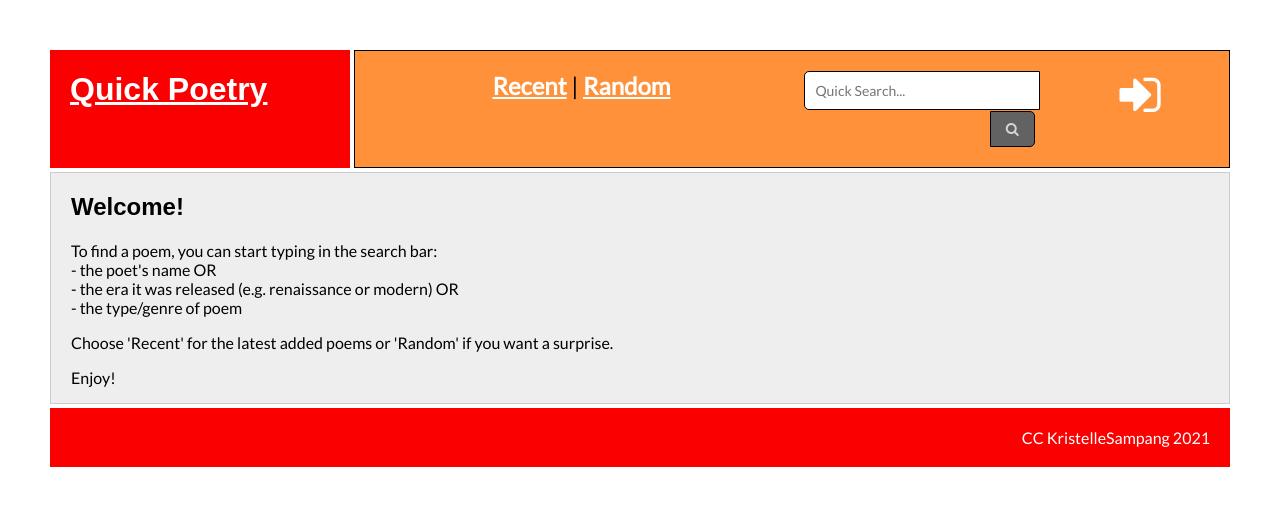
Repository: sampangk71280/Poetry_DB
Page: http://localhost/index.php?page=home
An editor plug-in stored every save of this project. The page is shown before and after the next save, followed by the edit.
The browser window is 1280 px wide. The pictures show the whole page.
Some web fonts or font styles are not loaded; a fallback is used. The page is run by PHP 8.4 with error messages shown; the project is at /var/www/html/.

Above is the page before, as saved 2021-12-07 00:50:55.

### index.php
<!DOCTYPE HTML>

<?php

session_start();
include("config.php");
include("functions.php");

// connect to database
$dbconnect=mysqli_connect(DB_HOST,DB_USERNAME,DB_PASSWORD, DB_NAME);

if(mysqli_connect_errno()){
    echo "Connection failed:".mysqli_connect_error();
    exit;
}

?>


<html lang="en">

<?php include("content/head.php"); ?>

<body>

    <div class="wrapper">

            <?php include("content/heading_navigation.php") ?>

        <div class="box main">

                <?php

                if(!isset($_REQUEST['page'])) {
                    include("content/home.php");
                } // end of if includes home page

                else {
                    // prevents users from navigating through file system
                    $page=preg_replace('/[^0-9a-zA-Z]-/', '', $_REQUEST['page']);
                    include("content/$page.php");

                } // end of else that includes requested content

                ?>

        </div>    <!-- / main -->

        <?php include("content/footer.php"); ?>

    </div>  <!-- / wrapper  -->

</body>

### config.php
<?php

ini_set('display_errors', 'On');  // change to 'Off' when live

define ("DB_NAME","sampangk71280_L3_Poetry");
define ("DB_USERNAME","_sampangk71280");
define ("DB_PASSWORD","QANbMDYSVME7gpyR");
define ("DB_HOST","localhost");

?>

### functions.php
<?php

// function to 'clean' data
function test_input($data) {
	$data = trim($data);
	$data = htmlspecialchars($data); //  needed for correct special character rendering
	return $data;
}


// entity is subject, country, occupation etc
function autocomplete_list($dbconnect, $item_sql, $entity)
{
// Get entity / topic list from database
$all_items_query = mysqli_query($dbconnect, $item_sql);
$all_items_rs = mysqli_fetch_assoc($all_items_query);

// Make item arrays for autocomplete functionality...
while($row=mysqli_fetch_array($all_items_query))
{
  $item=$row[$entity];
  $items[] = $item;
}

$all_items=json_encode($items);
return $all_items;

}


// function to get subject, country & career ID's
function get_ID($dbconnect, $table_name, $column_ID, $column_name, $entity)
{

    if($entity=="")
    {
        return 0;
    }


    // get entity ID if it exists
    $findid_sql = "SELECT * FROM $table_name WHERE $column_name LIKE '$entity'";
    $findid_query = mysqli_query($dbconnect, $findid_sql);
    $findid_rs = mysqli_fetch_assoc($findid_query);
    $findid_count=mysqli_num_rows($findid_query);

    // If subject ID does exists, return it...
    if($findid_count > 0) {
        $find_ID = $findid_rs[$column_ID];
        return $find_ID;
    }   // end if (entity existed, ID returned)


    else {
        $add_entity_sql = "INSERT INTO $table_name ($column_ID, $column_name) VALUES (NULL, '$entity');";
        $add_entity_query = mysqli_query($dbconnect, $add_entity_sql);

    $new_id_sql = "SELECT * FROM $table_name WHERE $column_name LIKE '$entity'";
    $new_id_query = mysqli_query($dbconnect, $new_id_sql);
    $new_id_rs = mysqli_fetch_assoc($new_id_query);

    $new_id = $new_id_rs[$column_ID];

    return $new_id;

    }   // end else (entity added to table and ID returned)

} // end get ID function


function get_rs($dbconnect, $sql)
{
    $find_sql = $sql;
    $find_query = mysqli_query($dbconnect, $find_sql);
    $find_rs = mysqli_fetch_assoc($find_query);

    return $find_rs;
}


function country_job($dbconnect, $entity_1, $entity_2, $label_sg, $label_pl, $table, $entity_ID, $entity_name)
{

    $all_entities = array($entity_1, $entity_2);
    // loop through items and look up their values...

    // Counts # of countries that without ID zero...
    $num_entities = count(array_filter($all_entities));


    if ($num_entities == 1)
    {
    echo "<b>".$label_sg."</b>: ";
    }

    else { echo "<b>".$label_pl."</b>: ";}

    foreach ($all_entities as $entity) {

    $entity_sql = "SELECT * FROM $table WHERE $entity_ID = $entity";
    $entity_query = mysqli_query($dbconnect, $entity_sql);
    $entity_rs = mysqli_fetch_assoc($entity_query);

    if ($entity != 0) {

    ?>


    <span class="author_entity tag"><?php echo $entity_rs[$entity_name]; ?> </span> &nbsp;

    <?php

    } // end entity if

    // break reference with the last element as per the manual
    unset($entity);

    }

}

?>

### content/head.php
<head>
    <meta charset="UTF-8">
    <meta name="description" content="Site featuring poetry from famous authors">
    <meta name="keywords" content="quotes, famous, author, writer, sportsman,
    political activist, sayings, poetry">
    <meta name="author" content="Kristelle Sampang">
    <meta name="viewport" content="width=device-width, initial-scale=1.0">

    <title>Quick Poetry</title>

    <!-- Edit the link below / replace with your chosen google font -->
    <link href="https://fonts.googleapis.com/css?family=Lato%7cUbuntu" rel="stylesheet">

    <!-- Edit the name of your style sheet - 'foo' is not a valid name!! -->
    <link rel="stylesheet" href="theme/quick_poetry.css">
        <link rel="stylesheet" href="theme/font-awesome.min.css">

</head>

### content/heading_navigation.php

        <div class="box banner">


            <h1><a class="heading" href = "index.php?page=home">Quick Poetry</a></h1>
        </div>    <!-- / banner -->

        <!-- Navigation goes here.  Edit BOTH the file name and the link name -->
        <div class="box nav">

            <div class="linkwrapper">
                <div class="commonsearches">
                    <a href="index.php?page=recent">Recent</a> |
                    <a href="index.php?page=random">Random</a>
                </div>  <!-- / common searches -->

                <div class="topsearch">

                    <!-- Quick Search -->
                    <form method="post" action="index.php?page=quick_search"
                    enctype="multipart/form-data">

                        <input class="search quicksearch" type="text"
                        name="quick_search" size="40" value="" required placeholder="Quick Search..." />

                        <input class="submit" type="submit" name="find_quick" value="&#xf002;" />

                    </form>     <!-- / quick search -->

                </div>  <!-- / top search -->

                <div class="topadmin">

                <?php

                    if (isset($_SESSION['admin'])) {

                    ?>

                    <a href="index.php?page=../admin/new_poem" title="Add a quote"><i class="fa fa-plus fa-2x"></i></a>

                    &nbsp; &nbsp;

                    <a href="index.php?page=../admin/logout" title="Log Out">
                        <i class="fa fa-sign-out fa-2x"></i>
                    </a>

                    <?php
                    } // end user if logged in if

                    else {
                        ?>

                    <a href="index.php?page=../admin/login" title="Log In">
                        <i class="fa fa-sign-in fa-2x"></i>
                    </a>

                    <?php // end of login else
                    }

                    ?>


                </div>  <!-- / top admin -->

            </div>  <!--- / link wrapper -->

        </div>    <!-- / nav -->

### content/home.php
<h2>Welcome!</h2>

            <p>
                To find a poem, you can start typing in the search bar: <br/>
                - the poet's name OR <br/>
                - the era it was released (e.g. renaissance or modern) OR <br/>
                - the type/genre of poem
            </p>

            <p>
                Choose 'Recent' for the latest added poems or 'Random' if you want a surprise.
            </p>

            <p>
                Enjoy!
            </p>

### content/footer.php
<div class="box footer">
            CC KristelleSampang 2021
        </div>    <!-- / footer -->

### theme/quick_poetry.css
body {
    margin: auto;
    padding: 50px;
    color: #000;
    font-family: 'Lato', sans-serif;
}

/* Box (for corners & padding) */
.box {
    padding-left: 20px;
    /* border-radius: 10px; */
    background-color: #ddd;
}


/* Set up grids... specifics */

/*  #### Grid for Main page #### */


.wrapper {
    display: grid;
    grid-template-columns: 300px 1fr;
    grid-template-rows: auto;
    grid-template-areas:
        "banner nav"
        "main main"
        "footer footer";
        grid-gap: 4px;

}
@media only screen and (max-width: 1100px){
    .wrapper{
    grid-template-columns: auto;
    grid-template-rows: auto;
    grid-template-areas:
        "banner"
        "nav"
        "main"
        "footer";
    }
}
.banner {
    grid-area: banner;
}

.nav {
    grid-area: nav;
    background-color: #ff913a;  /* orange  */
    font-size: 150%;
    padding: 20px;
    vertical-align: middle;
    border: solid 1px;
}

.main {
    grid-area: main;
    background-color: #eee;  /* very pale grey */
    border: solid 1px #CCC;
}


.footer {
    grid-area: footer;
    text-align: right;
    padding: 20px;
}

/*  #### Grid for Navigation area page #### */

.linkwrapper {
    display: grid;
    grid-template-columns: 3fr 2fr 1fr;
    grid-template-areas:
        "commonsearches topsearch topadmin";
    grid-gap: 4px;
}


.commonsearches {
    grid-area: commonsearches;
    text-align: center;
}

.topsearch {
    grid-area: topsearch;
    text-align: right;
}

.topadmin {
    grid-area: topadmin;
    text-align: center;
}

/* Make navigation responsive */

@media only screen and (max-width: 800px){
    .linkwrapper{
        grid-template-columns: auto;
        grid-template-rows: auto;
        grid-template-areas:
            "commonsearches commonsearches"
            "topsearch topadmim";
    }

    .commonsearches{
        text-align: left;
    }

    .topsearch{
        text-align: left;
    }

    .topadmin {
        text-align: right;
    }
}

/* ### Additional div styling (put colours / corners here) */


/* Area colouring... */

/* logo, banner and footer background are the same */
.banner, .footer {
    background-color: #fb0000;  /* bold red */
}

/* Set font on dark areas to white */
.logo, .banner, .side, .footer {
    color: #fff;
}

/* #### Links Styling  #### */

/* Navigation Links */
a.topnav {font-weight: bold;}
a.topnav:link, a.topnav:visited {color: #007c72;} /*dark teal */
a.topnav:hover {color: #707a00; text-decoration: none;}


/* links in page */
a {font-weight: bold;}
a:link{color: #ffffff;} /* white */
a:visited{color: #000;} /* black */
a:hover{color: gainsboro;}

/* #### Headings / text styling #### */
h1, h2, h3, h4 {
    font-family: 'Ubuntu', sans-serif;
}

h5 {
    font-family: 'Ubuntu', sans-serif;
    font-weight: bold;
    font-size: 16px;
}

.sub_heading {
    font-family: 'Ubuntu', sans-serif;
    color: #593849; /* purple */
    font-weight: bold;
}

/* ### Form / Search  Styling #### */

form {
    width: 90%;
}

.search {
    background:#fff;
    width: 75%;
}

.submit::-moz-focus-inner {
    border: 0;
}


.submit {
    font-family: FontAwesome, 'Helvetica Neue', Helvetica, Arial, sans-serif;
    position:relative;
    width: 45px;
    font-size: 14px;

    left:-5px;
    background-color: #636263;
    color:#d6d3d7;
    border: 1px solid #000;
    border-radius: 0 5px 5px 0;
    display: inline-block;
    padding: 10px;
}


input[type="submit"]:hover {
    background-color: #ff913a; /* orange */
}


input {
    font-size: 14px;
    padding: 10px;
    display: inline-block;
    border: 1px solid #000;
    box-sizing: border-box;
}


.quicksearch {
    border-radius: 5px 0 0 5px;
    display: inline-block;
    width: 90%;
}

/* ### Results styling, includes 'tags' button ### */
.results{
    background-color:#D2D2D2;
    border: solid 1px #4c9c72;
    padding: 10px;

    margin-right: 20px;
    border-radius: 20px;
}

.tag{
    background-color: #ff913a ;  /* orange like heading*/
    padding: 5px;
    padding-left: 10px;
    padding-right: 10px;
    border: solid 1px #000;
    border-radius: 5px;
}
.authortag{
    background-color: #FFA660; /* orange */
    padding: 5px;
    padding-left: 10px;
    padding-right: 10px;
    border: solid 1px #000;
    border-radius: 5px;
}

.deletetag{
    background-color: #FFA660 ;
    padding: 5px;
    padding-left: 10px;
    padding-right: 10px;
    border: solid 1px #000;
    border-radius: 5px;
}

.deletetagno{
    background-color: hsl(0, 100%, 64%) ;
    padding: 5px;
    padding-left: 10px;
    padding-right: 10px;
    border: solid 1px #000;
    border-radius: 5px;
}

.about{
    background: #FFEC00; /* yellow */
    border: solid 1px #E9D800; /* yellow but slightly darker*/
    padding: 10px;
    border-radius: 10px;
    margin-right: 20px;
}

.error{
    background-color:  #ffcece;
    color: #721a1a;
    border-radius: 10px;
    padding: 10px;
    border: solid 1px #721a1a;

}

/* editing tools formatting */
.edit-tools {
    text-align: right;
    padding-right: 20px;
}

/* Form Formatting css */

/* make height of drop downs slightly larger */
select {
    height: 40px;
    padding: 5px;
}

/* controls input field on autocomplete boxes (pink for error,
white for OK) */

input.tag-error[type=text]{
    background-color: #ff9e9e;
}

input.tag-ok[type=text]{
    background-color: #fff;

}

/* field backgrounds */
.form-ok{
    background-color: #fff;

}

.form-error{
    background-color: #ff9e9e;
}

/* error messages */
.no-error {
    display: none;
}

.error-text{
    color: darkred;
}

textarea,
input[type=text] {
    font-family: 'Lato', sans-serif;
    padding: 10px;
    border-width: 1px;
    margin: auto;
    width: 95%;
}

.add-field {
    width: 95%;
}

textarea {
    width: 90%;
    max-width: 700px;
}

Loaded but not shown: theme/font-awesome.min.css (library)

After the next save:
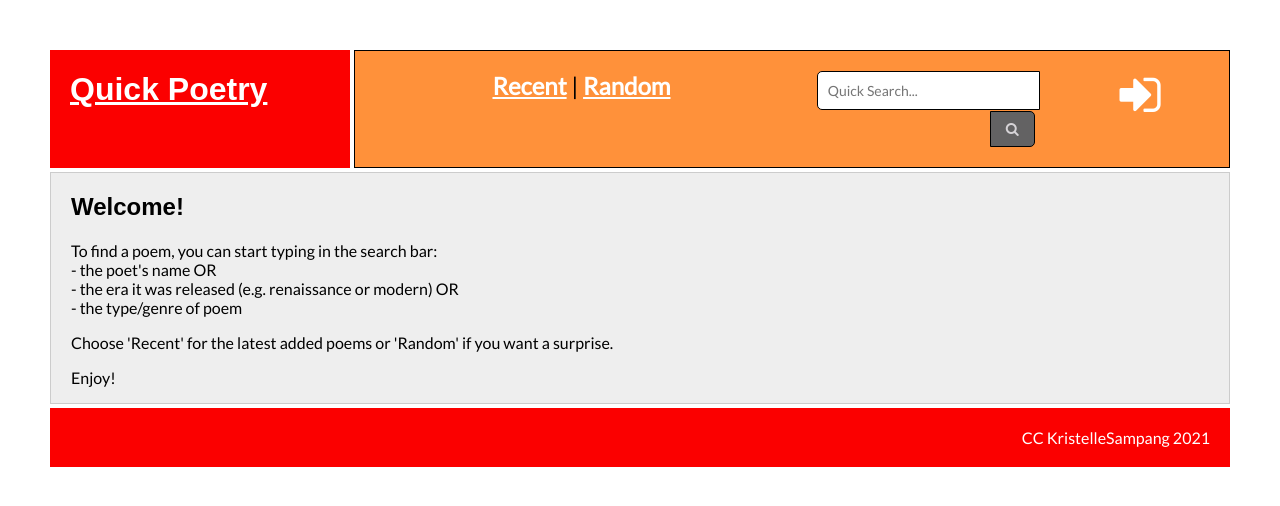
Saved 17 min 56 s later.
--- a/theme/quick_poetry.css
+++ b/theme/quick_poetry.css
@@ -299,13 +299,11 @@
 
 input.tag-ok[type=text]{
     background-color: #fff;
-
 }
 
 /* field backgrounds */
 .form-ok{
     background-color: #fff;
-
 }
 
 .form-error{
@@ -327,11 +325,10 @@
     padding: 10px;
     border-width: 1px;
     margin: auto;
-    width: 95%;
 }
 
 .add-field {
-    width: 95%;
+    width: 90%;
 }
 
 textarea {

After the save that followed:
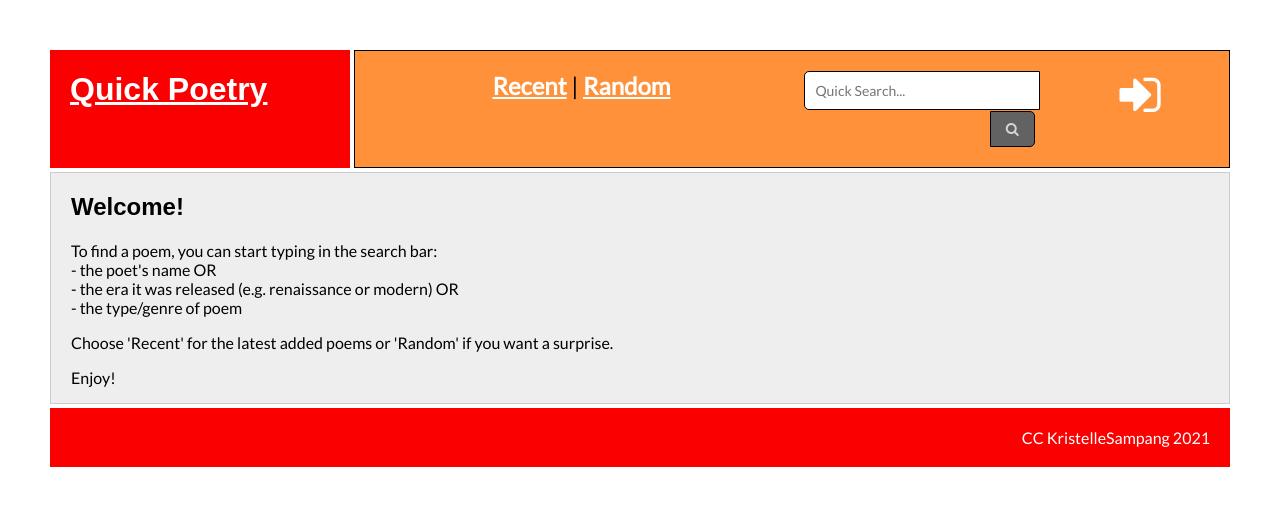
Saved 43 s later.
--- a/theme/quick_poetry.css
+++ b/theme/quick_poetry.css
@@ -251,7 +251,7 @@
 }
 
 .deletetagno{
-    background-color: hsl(0, 100%, 64%) ;
+    background-color: #ff4646 ;
     padding: 5px;
     padding-left: 10px;
     padding-right: 10px;
@@ -299,11 +299,13 @@
 
 input.tag-ok[type=text]{
     background-color: #fff;
+
 }
 
 /* field backgrounds */
 .form-ok{
     background-color: #fff;
+
 }
 
 .form-error{
@@ -325,10 +327,11 @@
     padding: 10px;
     border-width: 1px;
     margin: auto;
+    width: 95%;
 }
 
 .add-field {
-    width: 90%;
+    width: 95%;
 }
 
 textarea {
